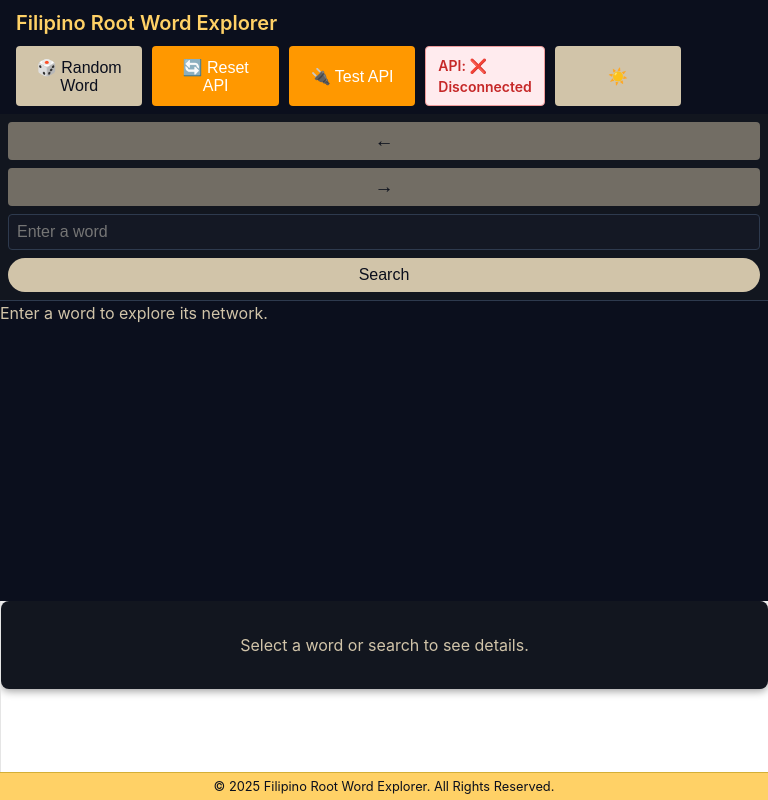
Repository: fish-and-bear/lexicon-gnn-ph
Page: /
The author's editor kept a copy of each file at every save. The page is drawn from the files as they stood at one save, then again after the next save.
The browser window is 768 px wide. The pictures show the whole page.
The page's requests for data from a server got no answer. Some web fonts or font styles are not loaded; a fallback is used. The project was rebuilt for these pictures with package versions that can differ from the ones it lists, and the page was loaded fresh each time. No one was signed in, and anything a server would have sent is missing. Also part of the build but not shown: vite.config.js, src/components/WordGraph.tsx, src/components/WordDetails.tsx, src/components/ErrorBoundary.tsx. Imported but missing from the stored project, and not drawn on this page: src/reportWebVitals.

Above is the page before, as saved 2025-04-12 15:52:04.

### public/index.html
<!DOCTYPE html>
<html lang="en">
  <head>
    <meta charset="utf-8" />
    <meta name="viewport" content="width=device-width, initial-scale=1" />
    <meta name="description" content="Explore the roots and relationships of Filipino words with our interactive Word Explorer." />

    <!-- Open Graph Meta Tags for Social Media Embedding -->
    <meta property="og:title" content="Filipino Root Word Explorer" />
    <meta property="og:description" content="Discover the intricate relationships and origins of Filipino words." />
    <meta property="og:image" content="/logo512.png" />
    <meta property="og:url" content="https://explorer.hapinas.net/" />
    <meta property="og:type" content="website" />

    <!-- Twitter Card Meta Tags -->
    <meta name="twitter:card" content="summary_large_image" />
    <meta name="twitter:title" content="Filipino Root Word Explorer" />
    <meta name="twitter:description" content="Explore the intricate relationships and origins of Filipino words with our interactive Word Explorer." />
    <meta name="twitter:image" content="/logo512.png" />

    <!-- Favicon and App Icons -->
    <link rel="icon" href="/logo512.png" />
    <link rel="apple-touch-icon" href="/logo512.png" />

    <!-- Fonts -->
    <link href="https://fonts.googleapis.com/css2?family=Playfair+Display:ital,wght@0,400;0,700;1,400&display=swap" rel="stylesheet">
    <link href="https://fonts.googleapis.com/css2?family=Roboto:wght@400;700&display=swap" rel="stylesheet">

    <!-- Manifest -->
    <link rel="manifest" href="/manifest.json" />

    <!-- Title -->
    <title>Filipino Root Word Explorer</title>
  </head>
  <body>
    <div id="root"></div>
  </body>
</html>

### src/index.tsx
import React from 'react';
import ReactDOM from 'react-dom/client';
import './styles/global.css';
import App from './App';
import reportWebVitals from './reportWebVitals';
import { resetCircuitBreaker } from './api/wordApi';

// Reset circuit breaker on application start
try {
  resetCircuitBreaker();
  console.log('Circuit breaker state cleared on startup');
} catch (e) {
  console.error('Error clearing circuit breaker state:', e);
}

const root = ReactDOM.createRoot(
  document.getElementById('root') as HTMLElement
);
root.render(
  <React.StrictMode>
    <App />
  </React.StrictMode>
);

// If you want to start measuring performance in your app, pass a function
// to log results (for example: reportWebVitals(console.log))
// or send to an analytics endpoint. Learn more: https://bit.ly/CRA-vitals
reportWebVitals();

### src/App.tsx
import React from 'react';
import WordExplorer from '../src/components/WordExplorer';
import { ThemeProvider } from '../src/contexts/ThemeContext';
import ErrorBoundary from '../src/components/ErrorBoundary';
import { BrowserRouter } from 'react-router-dom';
import './App.css';

const App: React.FC = () => {
  return (
    <ErrorBoundary>
      <BrowserRouter>
        <ThemeProvider>
          <div className="app">
            <WordExplorer />
          </div>
        </ThemeProvider>
      </BrowserRouter>
    </ErrorBoundary>
  );
};

export default App;

### src/contexts/ThemeContext.tsx
import React, { createContext, useContext, useState, useEffect, ReactNode } from 'react';

// Define the types for your context
interface ThemeContextType {
  theme: string;
  toggleTheme: () => void;
}

// Create the context with default values
const ThemeContext = createContext<ThemeContextType | undefined>(undefined);

export const ThemeProvider: React.FC<{ children: ReactNode }> = ({ children }) => {
  // Check localStorage for saved theme, otherwise default to dark theme
  const [theme, setTheme] = useState(() => {
    const savedTheme = localStorage.getItem('theme');
    return savedTheme || 'dark'; // Default to dark theme
  });

  // Update localStorage and document body class when theme changes
  useEffect(() => {
    localStorage.setItem('theme', theme);
    document.body.className = theme;

    // Add a class to HTML element for broader CSS targeting if needed
    document.documentElement.className = theme;
  }, [theme]);

  const toggleTheme = () => {
    setTheme((prevTheme) => (prevTheme === 'light' ? 'dark' : 'light'));
  };

  return (
    <ThemeContext.Provider value={{ theme, toggleTheme }}>
      <div className={theme}>{children}</div>
    </ThemeContext.Provider>
  );
};

// Custom hook to use the ThemeContext
export const useTheme = () => {
  const context = useContext(ThemeContext);
  if (!context) {
    throw new Error('useTheme must be used within a ThemeProvider');
  }
  return context;
};

// Export the ThemeContext for direct access if needed
export { ThemeContext };

// Optionally, export a toggle button component for convenience
export const ThemeToggleButton: React.FC = () => {
  const { theme, toggleTheme } = useTheme();

  return (
    <button onClick={toggleTheme}>
      Switch to {theme === 'light' ? 'dark' : 'light'} mode
    </button>
  );
};

### src/App.css
.app {
  margin: 0;
  padding: 0;
  font-family: 'Inter', sans-serif;
  background-color: var(--bg-color);
  color: var(--text-color);
}

### src/components/WordExplorer.css
:root {
  --bg-color: #f8f9fa;
  --text-color: #1d3557;
  --primary-color: #1d3557;
  --secondary-color: #e63946;
  --accent-color: #fca311;
  --gold: #d4af37;
  --card-bg-color: #ffffff;
  --card-border-color: #e6e8eb;
  --input-bg-color: #ffffff;
  --input-border-color: #d1d5db;
  --button-color: #1d3557;
  --button-text-color: #ffffff;
  --graph-bg-color: #f1f5f9;
  --color-main: #1d3557;
  --color-derivative: #457b9d;
  --color-etymology: #2a9d8f;
  --color-root: #e63946;
  --color-associated: #fca311;
  --color-default: #6c757d;
  --node-text-color: #1d3557;
  --link-color: #1d3557;
  --selected-node-border-color: #e6e8eb;
  --card-bg-color-rgb: 255, 255, 255; /* for light theme */
}

.dark {
  --bg-color: #0b0f1d;
  --header-color: #0b0f1d;
  --footer-color: #0b0f1d;
  --text-color: #d1c4a9;
  --text-color-white: #e0e4f5;
  --primary-color: #ffd166;
  --secondary-color: #b82e3d;
  --accent-color: #e09f3e;
  --gold: #d4af37;
  --red: #e63946;
  --source-color: #4a6fa5;
  --card-bg-color: #12161f;
  --card-border-color: #2e3a4e;
  --input-bg-color: #141824;
  --definition-bg-color: #151a28;
  --input-border-color: #2e3a4e;
  --button-color: var(--text-color);
  --button-text-color: #0b0f1d;
  --graph-bg-color: #202636;
  --link-color: #5c7a99;
  --color-main: #1d3557;
  --color-derivative: #457b9d;
  --color-etymology: #2a9d8f;
  --color-root: #e63946;
  --color-associated: #fca311;
  --color-default: #6c757d;
  --node-text-color: #e0e0e0;
  --selected-node-border-color: var(--text-color);
  --card-bg-color-rgb: 18, 22, 31; /* for dark theme */
}

body, html {
  margin: 0;
  padding: 0;
  font-family: 'Inter', sans-serif;
  background-color: var(--bg-color);
  color: var(--text-color);
  height: 100vh;
  overflow: hidden;
}

.word-explorer {
  display: flex;
  flex-direction: column;
  height: 100vh;
}

.header-content {
  display: flex;
  justify-content: space-between;
  align-items: center;
  padding: 0.5rem 1rem;
  background-color: var(--primary-color);
  color: var(--bg-color);
}

.dark .header-content {
  background-color: var(--header-color);
  color: var(--primary-color);
}

h1 {
  font-size: 1.25rem;
  font-weight: 600;
  margin: 0;
}

main {
  display: flex;
  flex: 1;
  overflow: hidden;
}

.graph-container {
  flex: 2;
  min-width: 0;
  display: flex;
  flex-direction: column;
  overflow: hidden;
}

.graph-content {
  flex: 1;
  position: relative;
  overflow: hidden;
}

.details-container {
  flex: 1;
  min-width: 0;
  padding: 0;
  overflow-y: auto;
  background-color: white;
  border-left: 1px solid rgba(0, 0, 0, 0.1);
  color: var(--text-color);
}

.no-word-selected {
  display: flex;
  flex-direction: column;
  align-items: center;
  justify-content: center;
  height: 100%;
  text-align: center;
  color: var(--text-secondary-color);
  padding: 2rem;
  background-color: var(--card-bg-color);
  border-radius: var(--radius-md);
  box-shadow: var(--card-shadow);
}

.no-word-selected p {
  margin-bottom: 1rem;
  font-size: 1.1rem;
}

.word-details h2 {
  color: var(--secondary-color);
  padding-bottom: 0.25rem;
}

.definition-card {
  background-color: var(--definition-bg-color);
  border: 1px solid var(--card-border-color);
  border-radius: 4px;
  padding: 0.75rem;
  margin-bottom: 1rem;
}

.definition-card h3 {
  color: var(--secondary-color);
  margin-top: 0;
  margin-bottom: 0.5rem;
}

.definition-card ol {
  padding-left: 1.25rem;
  margin-bottom: 0.5rem;
}

.definition-card ol > li {
  margin-bottom: 0.5rem;
  line-height: 1.4;
}

.definition-card .source {
  font-size: 0.8rem;
  color: var(--accent-color);
  font-style: italic;
  display: block;
  margin-top: 0.25rem;
}

.dark .definition-card .source {
  color: var(--link-color);
}

.word-list {
  list-style-type: none;
  padding: 0;
  display: flex;
  flex-wrap: wrap;
  gap: 0.5rem;
  margin-top: 0.75rem;
}

.word-list li {
  background-color: var(--input-bg-color);
  padding: 0.25rem 0.75rem;
  border-radius: 15px;
  font-size: 0.9rem;
  border: 1px solid var(--accent-color);
}

.dark .word-list li {
  border: 1px solid var(--color-root);
}

.search-container {
  display: flex;
  align-items: stretch;
  gap: 0.5rem;
  padding: 0.5rem;
  background-color: var(--card-bg-color);
  border-bottom: 1px solid var(--card-border-color);
}

.search-input-container {
  position: relative;
  flex-grow: 1;
  display: flex;
}

.search-input {
  width: 100%;
  padding: 12px 16px;
  font-size: 16px;
  border: 2px solid #ddd;
  border-radius: 24px;
  transition: all 0.3s ease;
}

.search-input:focus {
  outline: none;
  border-color: #4a90e2;
  box-shadow: 0 0 0 3px rgba(74, 144, 226, 0.3);
}

.search-button {
  padding: 0.5rem 1rem;
  font-size: 1rem;
  background-color: var(--button-color);
  color: var(--button-text-color);
  border: none;
  border-radius: 24px;
  cursor: pointer;
  transition: background-color 0.3s, transform 0.1s;
  height: 100%;
  align-self: stretch;
}

.search-button:hover {
  background-color: var(--primary-color);
}

.search-button:active {
  transform: scale(0.95);
}

.search-suggestions {
  position: absolute;
  top: 100%;
  left: 0;
  right: 0;
  background-color: var(--input-bg-color);
  border: 1px solid var(--input-border-color);
  border-top: none;
  max-height: 200px;
  overflow-y: auto;
  z-index: 1000;
  list-style-type: none;
  padding: 0;
  margin: 0;
  display: block;
  box-shadow: 0 4px 6px rgba(0, 0, 0, 0.1);
}

.search-suggestions li {
  padding: 10px;
  cursor: pointer;
  color: var(--text-color);
}

.search-suggestions li:hover {
  background-color: var(--accent-color);
  color: var(--bg-color);
}

.word-explorer.dark .search-suggestions {
  background-color: var(--card-bg-color);
  border-color: var(--card-border-color);
}

.word-explorer.dark .search-suggestions li:hover {
  background-color: var(--primary-color);
}

.search-loading {
  position: absolute;
  right: 16px;
  top: 50%;
  transform: translateY(-50%);
  color: #888;
}

@media (max-width: 768px) {
  .header-content {
    flex-direction: column;
    align-items: flex-start;
    gap: 0.5rem;
  }

  .search-container {
    flex-direction: column;
    align-items: stretch;
  }

  .search-input {
    font-size: 14px;
    padding: 10px 14px;
  }

  .search-suggestions li {
    padding: 10px 14px;
  }

  input[type="text"], button {
    width: 100%;
  }

  .word-details h2 {
    font-size: 1.3rem;
  }

  .definition-card {
    padding: 0.5rem;
  }

  .definition-card h3 {
    font-size: 1rem;
  }

  .word-list li {
    font-size: 0.8rem;
    padding: 0.2rem 0.4rem;
  }
}

input[type="text"] {
  flex: 1;
  padding: 0.5rem;
  font-size: 1rem;
  border: 1px solid var(--input-border-color);
  border-radius: 4px;
  background-color: var(--input-bg-color);
  color: var(--text-color);
}

button {
  padding: 0.5rem 1rem;
  font-size: 1rem;
  background-color: var(--button-color);
  color: var(--button-text-color);
  border: none;
  border-radius: 4px;
  cursor: pointer;
  transition: background-color 0.3s, transform 0.1s;
}

button:active {
  transform: scale(0.95);
}

button:hover {
  background-color: var(--primary-color);
}

.controls-container {
  display: flex;
  flex-wrap: wrap;
  justify-content: space-between;
  align-items: center;
  padding: 1rem;
  background-color: var(--card-bg-color);
  border-top: 1px solid var(--card-border-color);
  gap: 1rem;
}

.zoom-button, .reset-button {
  padding: 0.25rem 0.5rem;
  font-size: 0.9rem;
  background-color: var(--button-color);
  color: var(--button-text-color);
  border: none;
  border-radius: 4px;
  cursor: pointer;
  text-transform: uppercase;
  letter-spacing: 1px;
}

.graph-controls {
  display: flex;
  flex-wrap: wrap;
  gap: 2rem;
  flex-grow: 1;
  padding: 0.5rem;
}

.slider-container {
  display: flex;
  flex-direction: column;
  flex-grow: 1;
  min-width: 200px;
  max-width: 400px;
  padding: 0.5rem;
  background-color: var(--card-bg-color);
  border-radius: 8px;
  transition: all 0.2s ease;
}

.slider-container:hover {
  box-shadow: 0 2px 8px rgba(var(--card-bg-color-rgb), 0.1);
}

/* Dark theme adjustments */
.dark .slider-container {
  background-color: var(--card-bg-color);
  border: 1px solid var(--card-border-color);
}

.dark .slider-container:hover {
  border-color: var(--primary-color);
}

/* Responsive adjustments */
@media (max-width: 768px) {
  .controls-container {
    padding: 0.5rem;
  }

  .graph-controls {
    gap: 1rem;
  }

  .slider-container {
    min-width: 150px;
  }
}

.footer {
  background-color: var(--text-color);
  color: var(--bg-color);
  text-align: center;
  padding: 0.25rem;
  font-size: 0.8rem;
  border-top: 1px solid var(--accent-color);
}

.dark .footer {
  background-color: var(--primary-color);
  color: var(--bg-color);
  border-top: 1px solid var(--gold);
}

.history-button {
  padding: 0.5rem;
  font-size: 1.2rem;
  background-color: var(--button-color);
  color: var(--button-text-color);
  border: none;
  border-radius: 4px;
  cursor: pointer;
  margin-right: 0.5rem;
  transition: opacity 0.3s ease;
}

.history-button:disabled {
  opacity: 0.5;
  cursor: not-allowed;
}

@media (max-width: 1024px) {
  .word-explorer {
    height: auto;
    min-height: 100vh;
  }

  main {
    flex-direction: column;
  }

  .graph-container {
    height: 50vh;
  }
}

@media (max-width: 480px) {
  h1 {
    font-size: 1.1rem;
  }

  .theme-toggle, .history-button {
    padding: 0.25rem;
    font-size: 0.8rem;
  }

  .word-details h2 {
    font-size: 1.2rem;
  }

  .definition-card h3 {
    font-size: 0.9rem;
  }

  .word-list li {
    font-size: 0.7rem;
    padding: 0.1rem 0.3rem;
  }

  .footer {
    font-size: 0.7rem;
    padding: 0.4rem;
  }
}

.loading-indicator {
  display: inline-block;
  width: 1rem;
  height: 1rem;
  border: 2px solid var(--button-text-color);
  border-radius: 50%;
  border-top-color: transparent;
  animation: spin 1s linear infinite;
  margin-left: 0.5rem;
}

@keyframes spin {
  0% { transform: rotate(0deg); }
  100% { transform: rotate(360deg); }
}

.loading-spinner {
  display: flex;
  flex-direction: column;
  align-items: center;
  justify-content: center;
  height: 100%;
  text-align: center;
  color: var(--text-secondary-color);
  padding: 2rem;
  background-color: var(--card-bg-color);
  border-radius: var(--radius-md);
  box-shadow: var(--card-shadow);
  font-size: 1.1rem;
}

.loading-spinner::before {
  content: "";
  width: 40px;
  height: 40px;
  margin-bottom: 1rem;
  border: 4px solid var(--card-border-color);
  border-top: 4px solid var(--accent-color);
  border-radius: 50%;
  animation: spin 1s linear infinite;
}

@keyframes spin {
  0% { transform: rotate(0deg); }
  100% { transform: rotate(360deg); }
}

/* Note: The word-details-container class is defined in global.css */

/* Word Content Tabs */
.word-content-tabs {
  display: flex;
  flex-wrap: wrap;
  gap: 0.5rem;
  padding: 0.75rem 1rem;
  background-color: #f8f9fa;
  border-bottom: 1px solid rgba(0, 0, 0, 0.08);
}

.tab-button {
  padding: 0.5rem 1rem;
  background-color: transparent;
  color: var(--text-color);
  border: 1px solid rgba(0, 0, 0, 0.08);
  border-radius: 0.5rem;
  cursor: pointer;
  font-size: 0.875rem;
  font-weight: 500;
  transition: all 0.2s ease;
  display: flex;
  align-items: center;
  gap: 0.5rem;
}

.tab-button:hover {
  background-color: #f1f5f9;
  transform: translateY(-1px);
}

.tab-button.active {
  background-color: var(--accent-color, #fca311);
  color: white;
  border-color: var(--accent-color, #fca311);
}

.tab-icon {
  font-size: 1.1em;
}

.word-content {
  padding: 1.5rem;
}

/* Fix for empty state */
.empty-state {
  display: flex;
  flex-direction: column;
  align-items: center;
  justify-content: center;
  padding: 2rem;
  text-align: center;
  background-color: rgba(0, 0, 0, 0.01);
  border-radius: 0.5rem;
  border: 1px dashed rgba(0, 0, 0, 0.1);
  margin: 1rem 0;
}

.empty-state p {
  margin-bottom: 1rem;
  color: var(--text-secondary, #6c757d);
}

.fetch-network-button {
  padding: 0.5rem 1rem;
  background-color: var(--accent-color, #fca311);
  color: white;
  border: none;
  border-radius: 0.25rem;
  cursor: pointer;
  font-weight: 500;
  transition: all 0.2s ease;
}

.fetch-network-button:hover {
  background-color: var(--accent-color-dark, #e76f51);
  transform: translateY(-1px);
}

### src/components/WordGraph.css
.graph-container {
  width: 100%;
  height: 100%;
  position: relative;
  display: flex;
  flex-direction: column;
  overflow: hidden;
}

.graph-svg-container {
  flex: 1;
  width: 100%;
  height: 100%;
  position: relative;
  overflow: hidden;
  display: flex;
  justify-content: center;
  align-items: center;
}

.graph-svg {
  opacity: 1;
  transition: opacity 0.3s ease-in-out;
  width: 100%;
  height: 100%;
}

.graph-svg.loading {
  opacity: 0.3;
}

.graph-svg.loaded {
  opacity: 1;
}

svg {
  position: absolute;
  top: 0;
  left: 0;
  width: 100%;
  height: 100%;
  display: block; /* Prevents extra spacing */
}

.graph-content {
  width: 100%;
  height: 100%;
}

.controls-container {
  position: absolute;
  bottom: 20px;
  left: 20px;
  right: 20px;
  display: flex;
  flex-wrap: wrap;
  justify-content: space-between;
  align-items: center;
  padding: 8px 12px;
  gap: 15px;
  background-color: var(--controls-background-color, #e9ecef);
  border-top: 1px solid var(--border-color, #dee2e6);
  z-index: 10;
  backdrop-filter: blur(10px);
}

.zoom-controls {
  display: flex;
  gap: 4px;
}

.zoom-button {
  padding: 4px 8px;
  font-size: 14px;
  cursor: pointer;
  background-color: var(--button-color);
  color: var(--button-text-color);
  border: none;
  border-radius: 4px;
  transition: background-color 0.2s, transform 0.1s;
}

.zoom-button:hover {
  background-color: var(--primary-color);
}

.zoom-button:active {
  transform: scale(0.95);
}

.graph-controls {
  display: flex;
  flex-wrap: wrap;
  gap: 15px;
  align-items: center;
}

.slider-container {
  display: flex;
  align-items: center;
  gap: 8px;
  min-width: 150px;
}

.MuiSlider-root {
  width: 100% !important;
  color: var(--accent-color) !important;
}

.MuiTypography-caption {
  font-size: 0.9rem !important;
  color: var(--text-color) !important;
  min-width: 90px;
}

.node {
  cursor: pointer;
}

.node circle {
  stroke: var(--card-bg-color);
  stroke-width: 2px;
  transition: stroke-width 0.3s, stroke 0.3s, r 0.3s;
}

.node.selected circle {
  stroke-width: 4px;
  stroke: var(--selected-node-border-color);
}

.node text {
  font-size: 10px;
  font-weight: bold;
  fill: var(--node-text-color);
  pointer-events: none;
  user-select: none;
}

.link {
  stroke-opacity: 0.6;
  stroke-width: 1px;
  transition: stroke-opacity 0.3s, stroke-width 0.3s;
}

.link:hover {
  stroke-opacity: 1;
  stroke-width: 2px;
}

.node-tooltip {
  position: absolute;
  background-color: var(--card-bg-color);
  border: 1px solid var(--card-border-color);
  border-radius: 4px;
  padding: 10px;
  font-size: 12px;
  pointer-events: none;
  z-index: 10;
  max-width: 200px;
  box-shadow: 0 2px 10px rgba(0, 0, 0, 0.1);
  color: var(--text-color);
}

.legend {
  position: absolute;
  top: 10px;
  right: 10px;
  background-color: var(--card-bg-color);
  border: 1px solid var(--card-border-color);
  border-radius: 4px;
  padding: 10px;
  font-size: 12px;
  max-width: 150px;
  box-shadow: 0 2px 10px rgba(0, 0, 0, 0.1);
}

.legend-item {
  display: flex;
  align-items: center;
  margin-bottom: 5px;
}

.color-box {
  width: 12px;
  height: 12px;
  margin-right: 5px;
  border-radius: 2px;
}

@media (max-width: 768px) {
  .controls-container {
    flex-direction: column;
    align-items: stretch;
    gap: 10px;
    bottom: 0;
    left: 0;
    right: 0;
    border-radius: 12px 12px 0 0;
    padding: 15px;
    justify-content: center;
  }

  .zoom-controls {
    justify-content: center;
  }

  .graph-container {
    height: calc(100vh - 220px);
    min-height: 300px;
  }

  .graph-controls {
    flex-direction: column;
    width: 100%;
    margin-left: 0;
    gap: 15px;
  }

  .slider-container {
    width: 100%;
  }

  .MuiSlider-root {
    width: 100% !important;
  }

  .legend {
    position: static;
    display: flex;
    flex-wrap: wrap;
    justify-content: center;
    gap: 10px;
    padding: 10px;
    max-width: none;
    margin-top: 15px;
  }

  .legend-item {
    font-size: 12px;
  }

  .node-tooltip {
    max-width: 200px;
  }
}

@media (max-width: 480px) {
  .controls-container {
    padding: 10px;
  }

  .zoom-button {
    padding: 6px 12px;
    font-size: 13px;
  }

  .slider-container {
    flex-direction: column;
    align-items: flex-start;
    gap: 5px;
  }

  .MuiTypography-caption {
    font-size: 0.8rem !important;
    min-width: auto;
  }

  .node-tooltip {
    font-size: 11px;
    padding: 8px;
    max-width: 150px;
  }

  .node-tooltip h3 {
    font-size: 13px;
  }

  .legend {
    font-size: 10px;
    gap: 8px;
  }

  .color-box {
    width: 10px;
    height: 10px;
  }
}

@media (max-width: 600px) {
  .zoom-button {
    padding: 3px 6px;
    font-size: 12px;
  }
}

.loading-overlay, .error-overlay {
  position: absolute;
  top: 0;
  left: 0;
  right: 0;
  bottom: 0;
  display: flex;
  flex-direction: column;
  justify-content: center;
  align-items: center;
  background-color: rgba(255, 255, 255, 0.8);
  z-index: 10;
}

.spinner {
  border: 4px solid var(--accent-color);
  border-top: 4px solid var(--background-color);
  border-radius: 50%;
  width: 40px;
  height: 40px;
  animation: spin 1s linear infinite;
}

@keyframes spin {
  0% { transform: rotate(0deg); }
  100% { transform: rotate(360deg); }
}

.error-message {
  color: var(--error-text-color);
  font-size: 16px;
  text-align: center;
  margin-bottom: 15px;
}

.retry-button {
  padding: 8px 16px;
  font-size: 14px;
  cursor: pointer;
  background-color: var(--button-color);
  color: var(--button-text-color);
  border: none;
  border-radius: 4px;
  transition: background-color 0.3s;
}

.retry-button:hover {
  background-color: var(--primary-color);
}

.graph-legend {
  position: absolute;
  top: 10px;
  right: 10px;
  background-color: var(--card-bg-color);
  border: 1px solid var(--border-color);
  border-radius: 8px;
  padding: 12px;
  box-shadow: var(--shadow-md);
  max-width: 250px;
  z-index: 100;
  font-size: 12px;
  max-height: calc(100% - 100px);
  overflow-y: auto;
  opacity: 0.85;
  transition: opacity 0.2s ease;
}

.graph-legend:hover {
  opacity: 1;
}

.legend-title {
  font-weight: 600;
  font-size: 14px;
  margin-bottom: 8px;
  color: var(--text-color);
  border-bottom: 1px solid var(--border-color);
  padding-bottom: 6px;
}

.legend-item {
  display: flex;
  align-items: center;
  margin-bottom: 6px;
}

.legend-color {
  width: 12px;
  height: 12px;
  border-radius: 50%;
  margin-right: 8px;
}

.legend-label {
  font-size: 12px;
  color: var(--text-color);
}

Loaded but not shown: src/components/WordExplorer.tsx (1280 lines, source omitted); src/styles/global.css (1694 lines, source omitted); src/api/wordApi.ts (1084 lines, source omitted); src/utils/caching.ts (273 lines, source omitted)

After the next save:
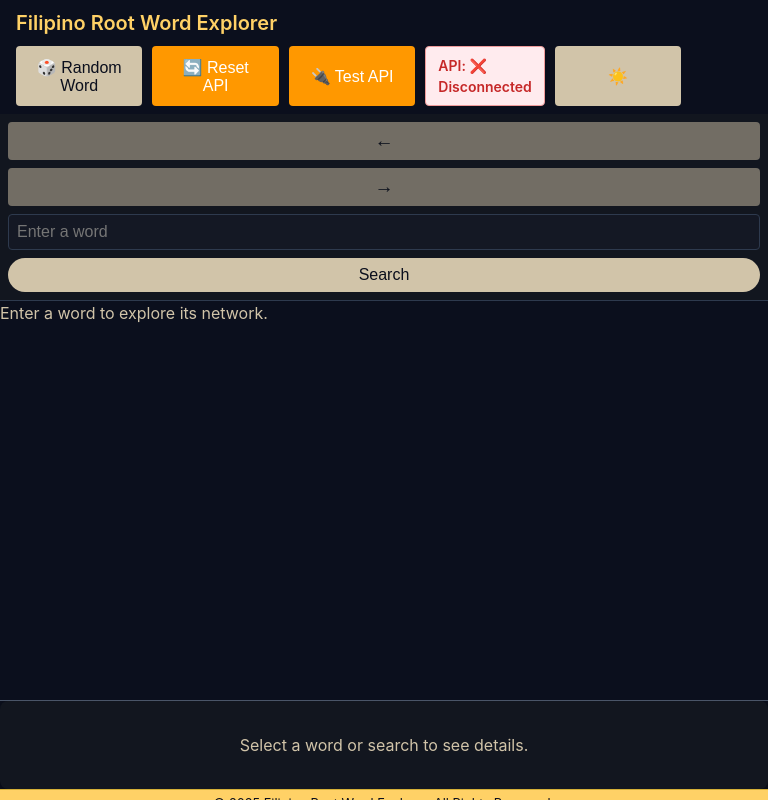
Saved 21 s later.
--- a/src/components/WordExplorer.css
+++ b/src/components/WordExplorer.css
@@ -66,10 +66,88 @@ body, html {
   overflow: hidden;
 }
 
-.word-explorer {
+.explorer-container {
   display: flex;
   flex-direction: column;
   height: 100vh;
+  width: 100%;
+  overflow: hidden;
+}
+
+.main-content {
+  display: flex;
+  flex: 1;
+  overflow: hidden;
+  position: relative;
+}
+
+.graph-container {
+  flex: 2;
+  min-width: 500px;
+  height: 100%;
+  position: relative;
+  overflow: hidden;
+  border-right: 1px solid var(--border-color);
+}
+
+.details-container {
+  flex: 1;
+  min-width: 300px;
+  max-width: 600px;
+  height: 100%;
+  overflow-y: auto;
+  overflow-x: hidden;
+  position: relative;
+  background: var(--background-color);
+}
+
+/* Add resize handle */
+.resize-handle {
+  width: 4px;
+  background-color: var(--border-color);
+  cursor: col-resize;
+  transition: background-color 0.2s;
+}
+
+.resize-handle:hover,
+.resize-handle.active {
+  background-color: var(--primary-color);
+}
+
+/* Responsive adjustments */
+@media (max-width: 1024px) {
+  .graph-container {
+    min-width: 400px;
+  }
+
+  .details-container {
+    min-width: 250px;
+  }
+}
+
+@media (max-width: 768px) {
+  .main-content {
+    flex-direction: column;
+  }
+
+  .graph-container {
+    flex: 1;
+    min-width: 100%;
+    height: 50vh;
+    border-right: none;
+    border-bottom: 1px solid var(--border-color);
+  }
+
+  .details-container {
+    flex: 1;
+    min-width: 100%;
+    max-width: none;
+    height: auto;
+  }
+
+  .resize-handle {
+    display: none;
+  }
 }
 
 .header-content {
@@ -90,36 +168,6 @@ h1 {
   font-size: 1.25rem;
   font-weight: 600;
   margin: 0;
-}
-
-main {
-  display: flex;
-  flex: 1;
-  overflow: hidden;
-}
-
-.graph-container {
-  flex: 2;
-  min-width: 0;
-  display: flex;
-  flex-direction: column;
-  overflow: hidden;
-}
-
-.graph-content {
-  flex: 1;
-  position: relative;
-  overflow: hidden;
-}
-
-.details-container {
-  flex: 1;
-  min-width: 0;
-  padding: 0;
-  overflow-y: auto;
-  background-color: white;
-  border-left: 1px solid rgba(0, 0, 0, 0.1);
-  color: var(--text-color);
 }
 
 .no-word-selected {
